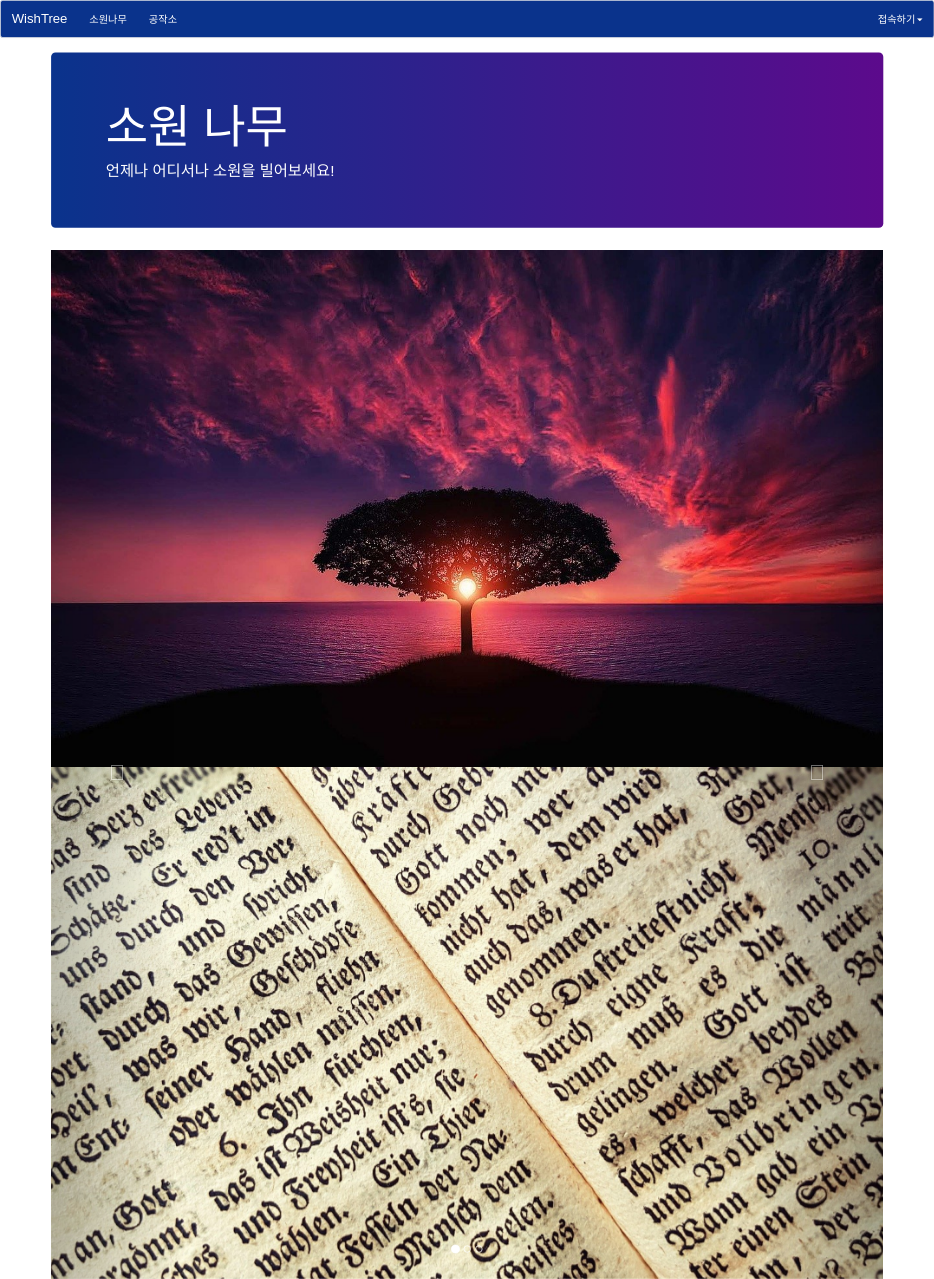
Repository: jongah/WishTree
Page: http://localhost/text/main.jsp
An editor plug-in stored every save of this project. The page is shown before and after the next save, followed by the edit.
The browser window is 1280 px wide. The pictures show the whole page, at 73% of full size.
Some web fonts or font styles are not loaded; a fallback is used. Some web libraries are served in a nearby version. The page is served by Tomcat 9. Other server files are loaded and not shown.

Above is the page before, as saved 2021-05-05 15:11:50.

### text/WebContent/main.jsp
<%@ page language="java" contentType="text/html; charset=UTF-8"
	pageEncoding="UTF-8"%>
<!DOCTYPE html>
<html>
<head>
<meta charset="UTF-8">
<meta name="viewport" content="width=device-width" initial-scale="1" />
<link rel="stylesheet" href="css/bootstrap.css">
<link rel="stylesheet" href="css/custom.css">
<title>소원나무</title>
</head>
<body>
	<%
		String userID = null;
		// 로그인이 되어있으면 세션에 값이 있을 것이다.
		if (session.getAttribute("userID") != null) {
			userID = (String) session.getAttribute("userID");
		}
	%>
	<nav class="navbar navbar-default">
		<div class="navbar-header">
			<button type="button" class="navbar-toggle collapsed"
				data-toggle="collapse" data-target="#bs-example-navbar-collapse-1"
				aria-expanded="false">
				<span class="icon-bar"></span> <span class="icon-bar"></span> <span
					class="icon-bar"></span>
			</button>
			<a href="main.jsp" class="navbar-brand">WishTree</a>
		</div>
		<div class="collapse navbar-collapse"
			id="bs-example-navbar-collapse-1">
			<ul class="nav navbar-nav">
				<li><a href="main.jsp">소원나무</a></li>
				<li><a href="bbs.jsp">공작소</a></li>
			</ul>
			<%
				if (userID == null) {
			%>
			<ul class="nav navbar-nav navbar-right">
				<li class="dropdown"><a href="#" class="dropdown-toggle"
					data-toggle="dropdown" role="button" aria-haspopup="true"
					aria-expanded="false">접속하기<span class="caret"></span></a>
					<ul class="dropdown-menu">
						<li><a href="login.jsp">로그인</a></li>
						<li><a href="join.jsp">회원가입</a></li>
					</ul></li>
			</ul>
			<%
				} else {
			%>
			<ul class="nav navbar-nav navbar-right">
				<li class="dropdown"><a href="#" class="dropdown-toggle"
					data-toggle="dropdown" role="button" aria-haspopup="true"
					aria-expanded="false">회원관리<span class="caret"></span></a>
					<ul class="dropdown-menu">
						<li><a href="logoutAction.jsp">로그아웃</a></li>
					</ul></li>
			</ul>
			<%
				}
			%>
		</div>
	</nav>

	<div class="container">
		<div class="jumbotron">
			<div class="container">
				<h1>소원 나무</h1>
				<p>언제나 어디서나 소원을 빌어보세요!</p>
			</div>
		</div>
	</div>

	<div class="container">
		<div id="myCarousel" class="carousel slide" data-ride="carousel">
			<ol class="carousel-indicators">
				<li data-target="#myCarousel" data-slide-to="0" class="active"></li>
				<li data-target="#myCarousel" data-slide-to="1"></li>
				<li data-target="#myCarousel" data-slide-to="2"></li>
			</ol>
			<div class="carousel-inner">
				<div class="item active">
					<img src="images/tree.jpg">
				</div>
				<div class="item active">
					<img src="images/book.jpg">
				</div>
				<div class="item">
					<img src="images/letters.jpg">
				</div>
			</div>
			<a href="#myCarousel" class="left carousel-control" data-slide="prev">
				<span class="glyphicon-chevron-left"></span>
			</a>
			<a href="#myCarousel" class="right carousel-control" data-slide="next">
				<span class="glyphicon-chevron-right"></span>
			</a>
		</div>
	</div>


	<script src="https://code.jquery.com/jquery-3.1.1.min.js"></script>
	<script src="js/bootstrap.js"></script>
</body>
</html>

### text/WebContent/css/custom.css
@import url('https://fonts.googleapis.com/css2?family=Nanum+Gothic&display=swap');
@import url(//fonts.googleapis.com/earlyaccess/hanna.css);

*{
	font-family : 'Nanum Gothic', sans-serif;
}
h1{
	font-family : 'Hanna', sans-serif;
}
.jumbotron{
	color:white;
	background: linear-gradient(90deg, #0a338c, #5c0a8c);
}
.navbar-default{
	background-color:#0a338c;
}
.navbar .nav > li > a {
	color:white;
}
.navbar .navbar-right{
	color:white;
}
.navbar .navbar-header .navbar-brand{
	color:white;
}

Loaded but not shown: text/WebContent/css/bootstrap.css (library); text/WebContent/js/bootstrap.js (library)

After the next save:
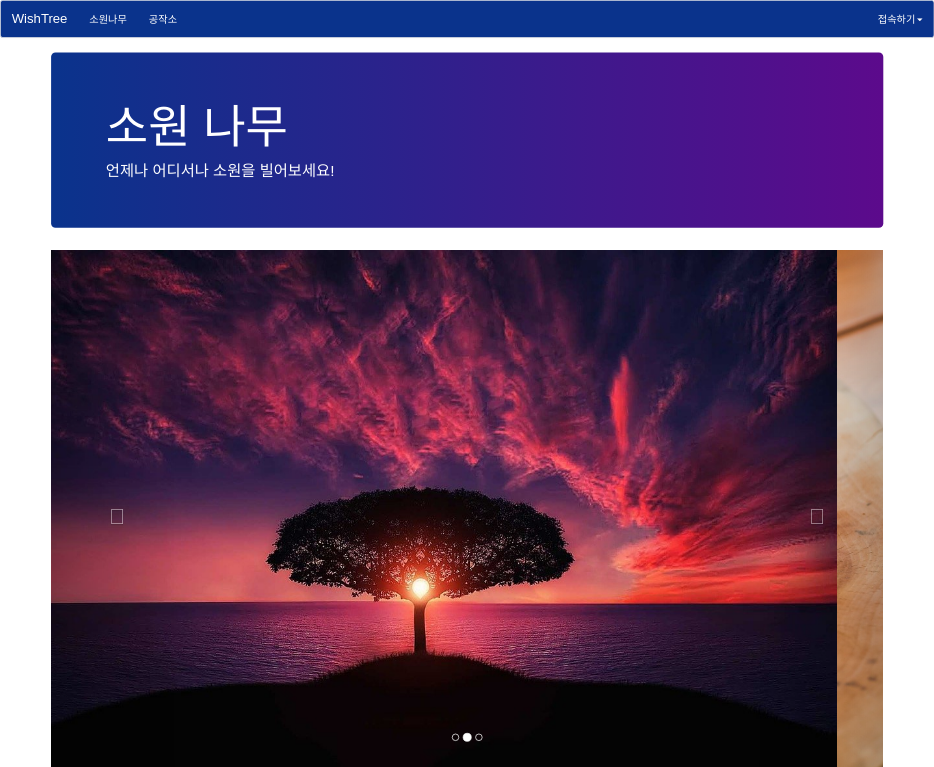
Saved 41 s later.
--- a/text/WebContent/main.jsp
+++ b/text/WebContent/main.jsp
@@ -82,11 +82,14 @@
 				<div class="item active">
 					<img src="images/tree.jpg">
 				</div>
-				<div class="item active">
-					<img src="images/book.jpg">
+				<div class="item">
+					<img src="images/coffee.jpg">
 				</div>
 				<div class="item">
 					<img src="images/letters.jpg">
+				</div>
+				<div class="item">
+					<img src="images/book.jpg">
 				</div>
 			</div>
 			<a href="#myCarousel" class="left carousel-control" data-slide="prev">
